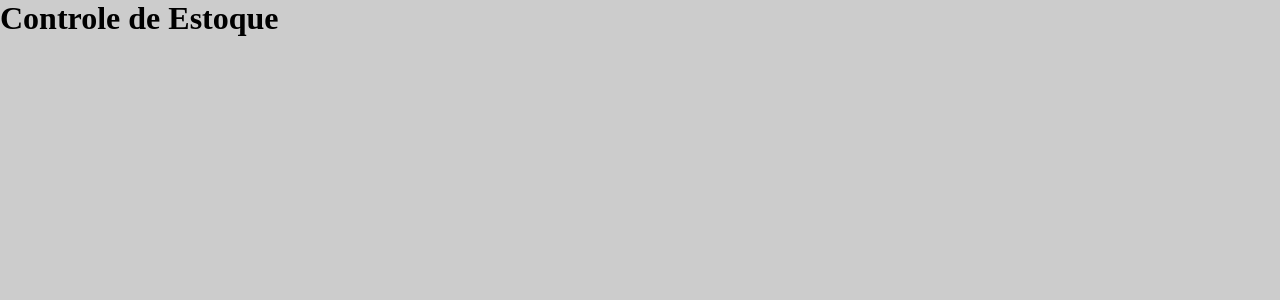
Repository: FernandoCsm-Knight/TI02
Page: Exercicios/Integracao Spark/maven.demo/form.html
These files come from the project's save history. The page is drawn as it stood at one moment and after the next save; the edit follows.
The browser window is 1280 px wide. The pictures show the whole page.

Above is the page before, as saved 2022-09-02 12:34:31.

After the next save:
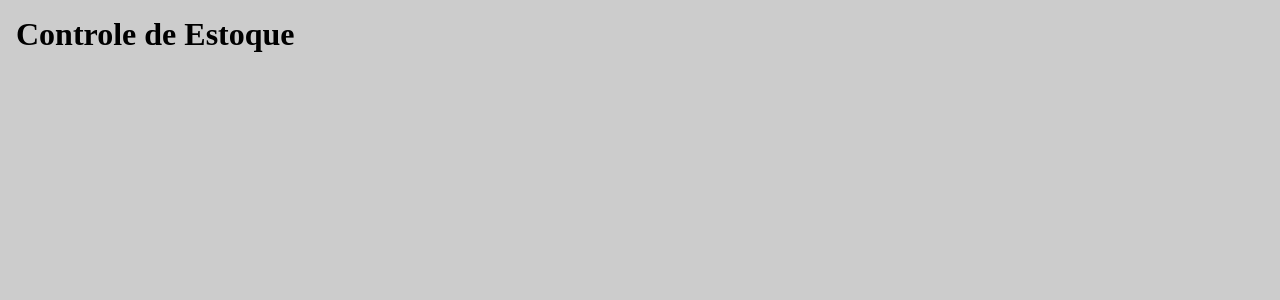
Saved 5 min 10 s later.
--- a/Exercicios/Integracao Spark/maven.demo/form.html
+++ b/Exercicios/Integracao Spark/maven.demo/form.html
@@ -14,6 +14,11 @@
 
 		body {
 			background-color: #cccccc;
+			padding: 1rem;
+		}
+
+		.table-form {
+
 		}
 
 
